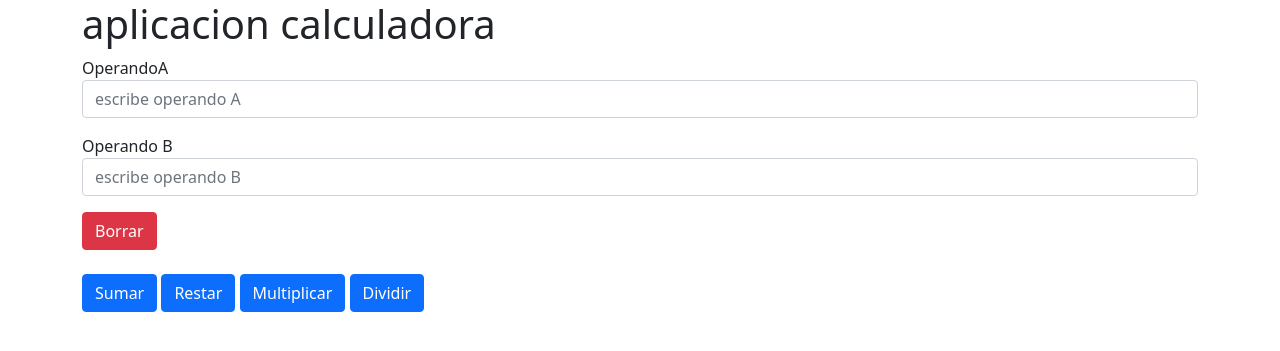
Repository: iwinser117/dw
Page: javascript udemy 43/ejercices/calculadora/index.html
The author's editor kept a copy of each file at every save. The page is drawn from the files as they stood at one save, then again after a run of saves.
The browser window is 1280 px wide. The pictures show the whole page.

Above is the page before, as saved 2022-10-02 12:36:05.

After the next 3 saves:
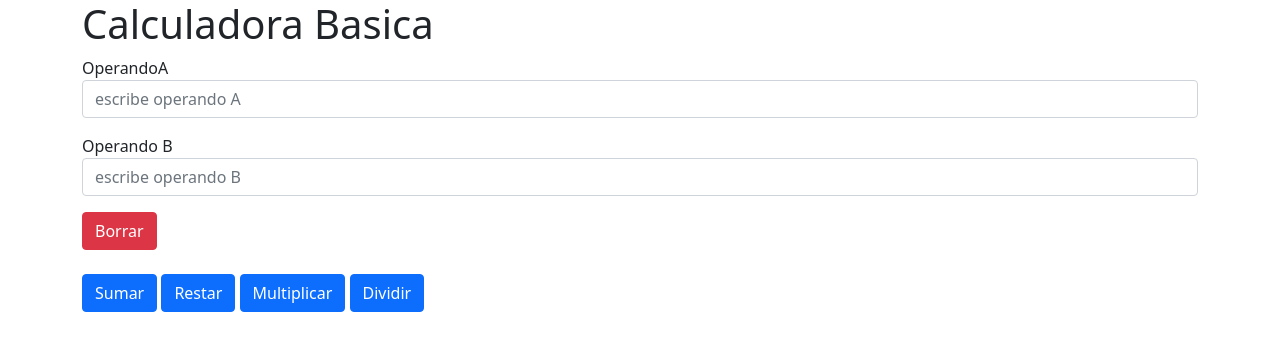
The 3 saves are shown as one change because they came seconds apart.
The last was saved 3 min 38 s later.
--- a/javascript udemy 43/ejercices/calculadora/index.html
+++ b/javascript udemy 43/ejercices/calculadora/index.html
@@ -12,7 +12,7 @@
 
 <body>
     <div class="container">
-        <h1 class="display-3s">aplicacion calculadora</h1>
+        <h1 class="display-3s">Calculadora Basica</h1>
 
         <form id="forma">
             <div class="mb-3">
